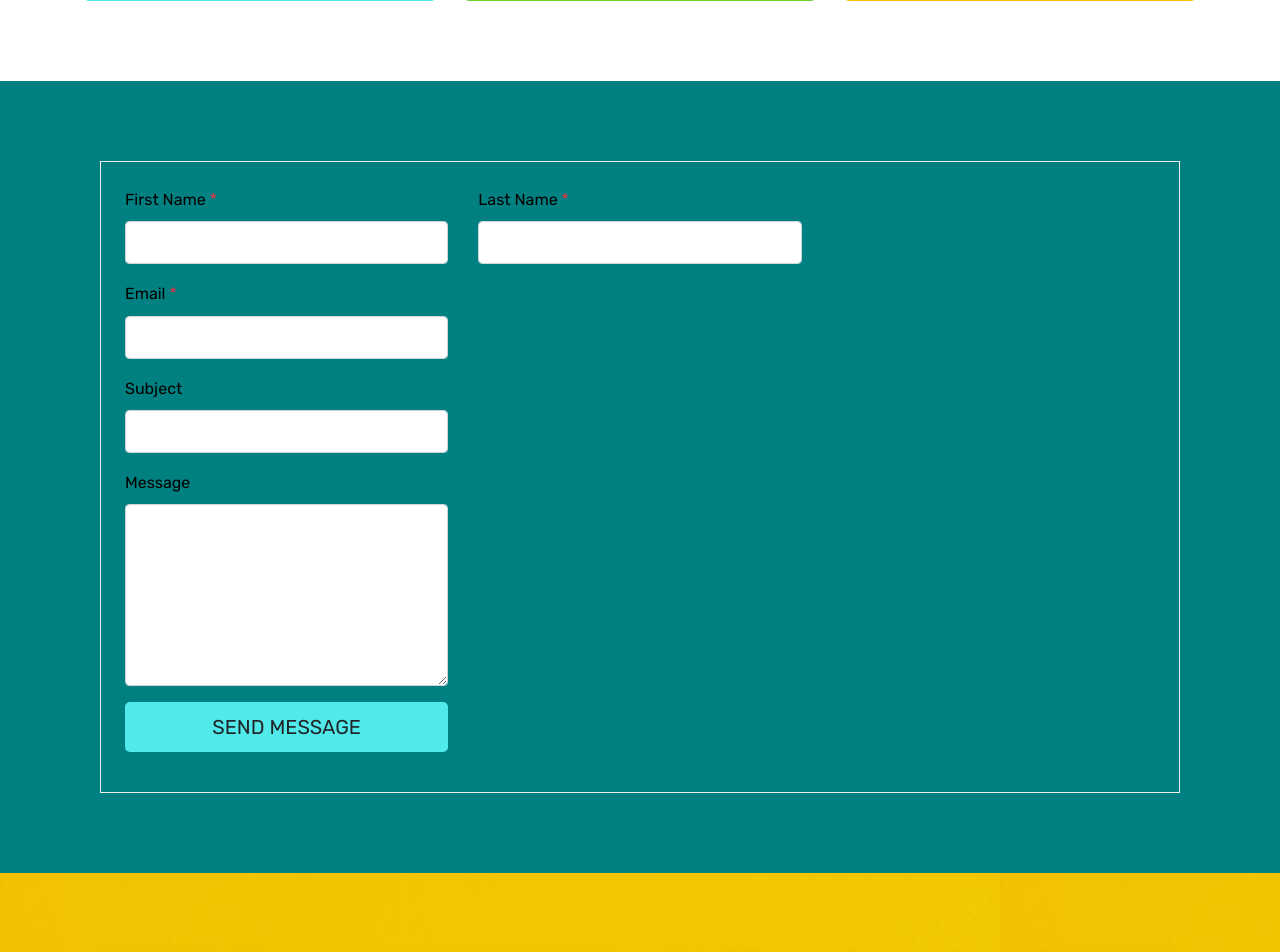
Repository: Nat-A/finalyearproject
Page: pharma/index - Copy.html
These files come from the project's save history. The page is drawn as it stood at one moment and after the next save; the edit follows.
The browser window is 1280 px wide. The pictures show the part of the page from y = 927 to 1879 px (the page is 3232 px tall).

Above is the page before, as saved 2020-06-03 13:38:18.

After the next save:
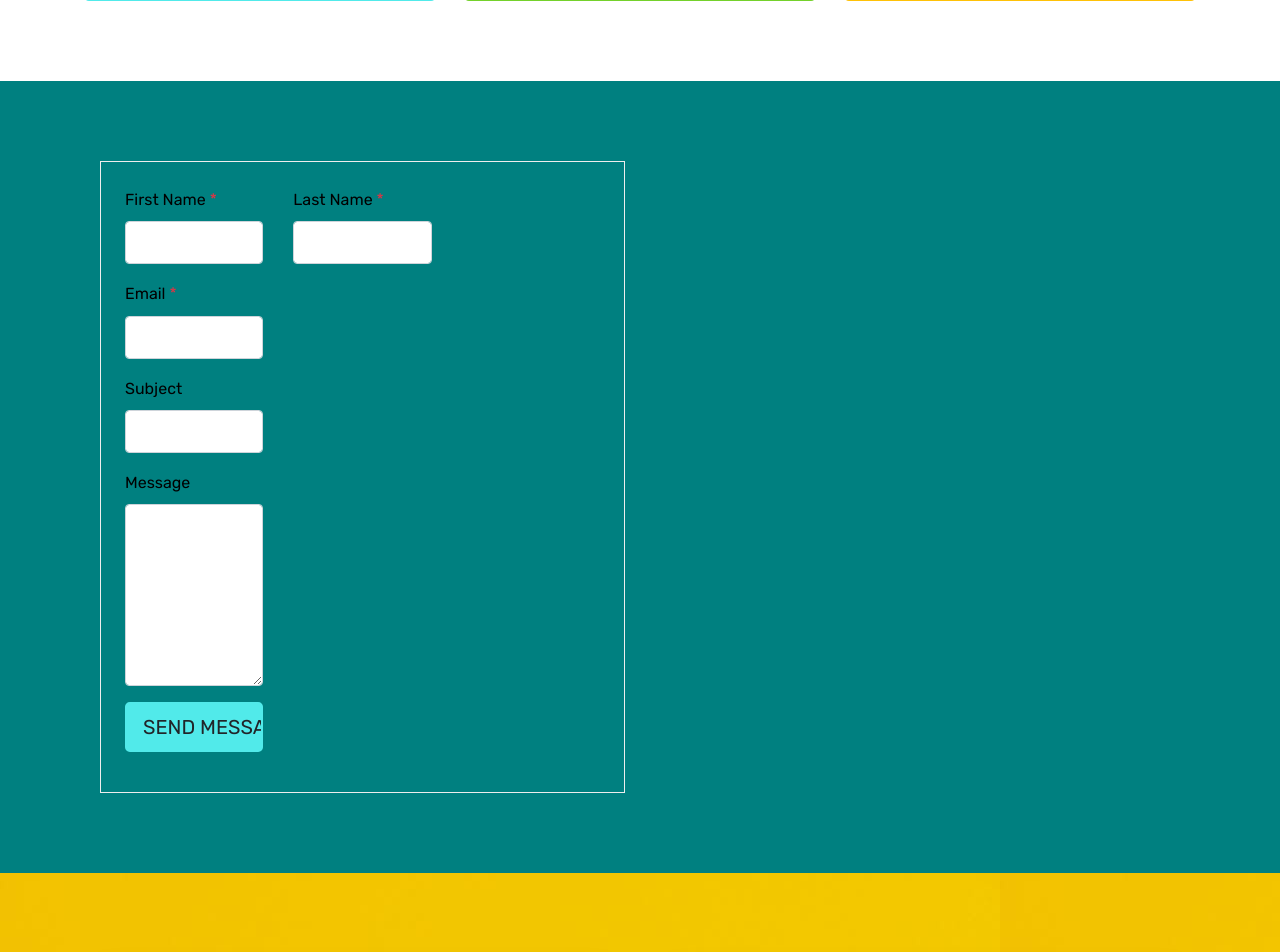
Saved 32 s later.
--- a/pharma/index - Copy.html
+++ b/pharma/index - Copy.html
@@ -135,7 +135,7 @@
 
         <div class="site-section" style="background: teal;">
             <div class="container">
-                <div class="col-md-12">
+                <div class="col-md-6">
 
                     <form action="#" method="post">
 

After the save that followed:
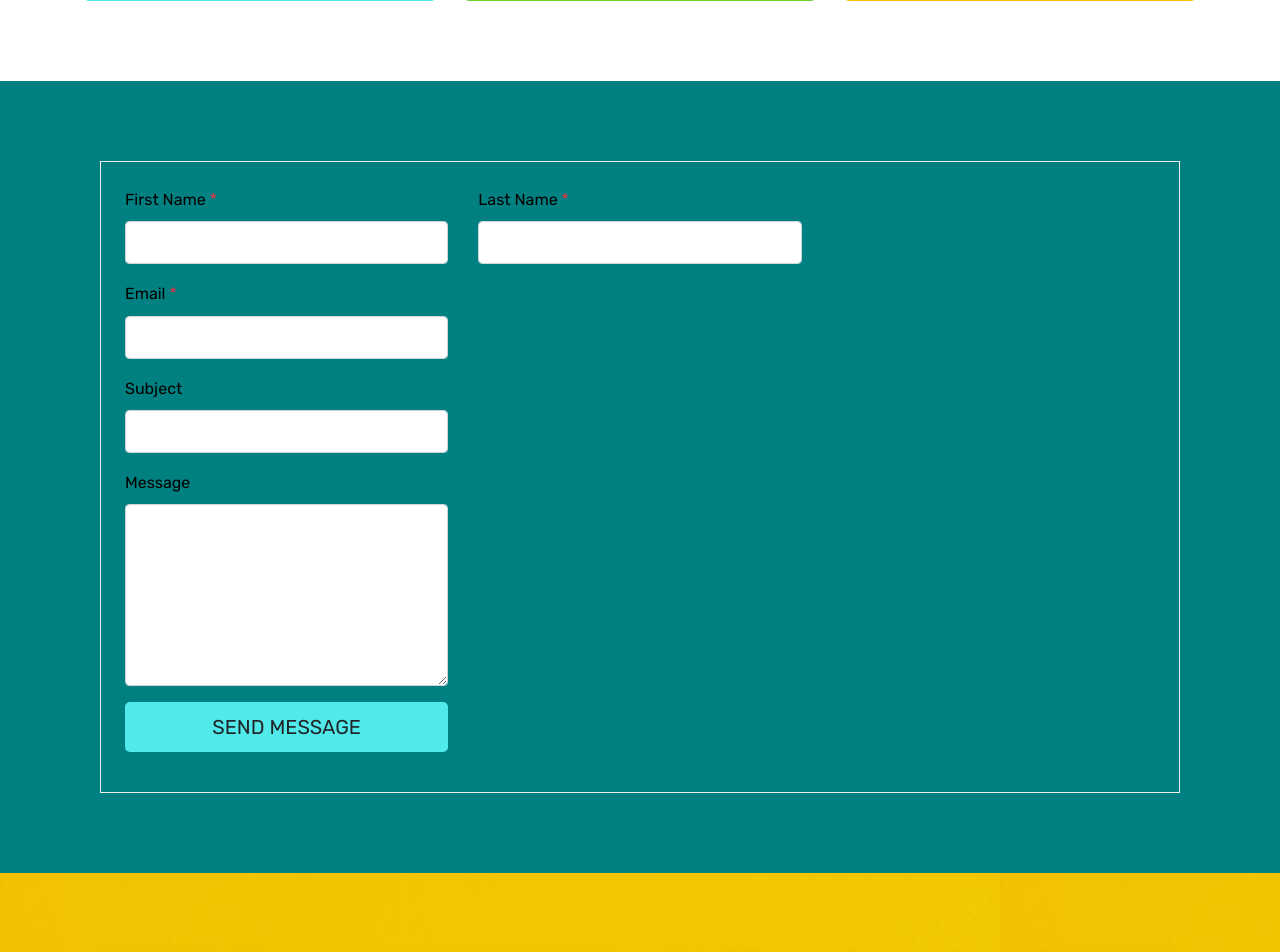
Saved 5 s later.
--- a/pharma/index - Copy.html
+++ b/pharma/index - Copy.html
@@ -135,7 +135,7 @@
 
         <div class="site-section" style="background: teal;">
             <div class="container">
-                <div class="col-md-6">
+                <div class="col-md-12">
 
                     <form action="#" method="post">
 
